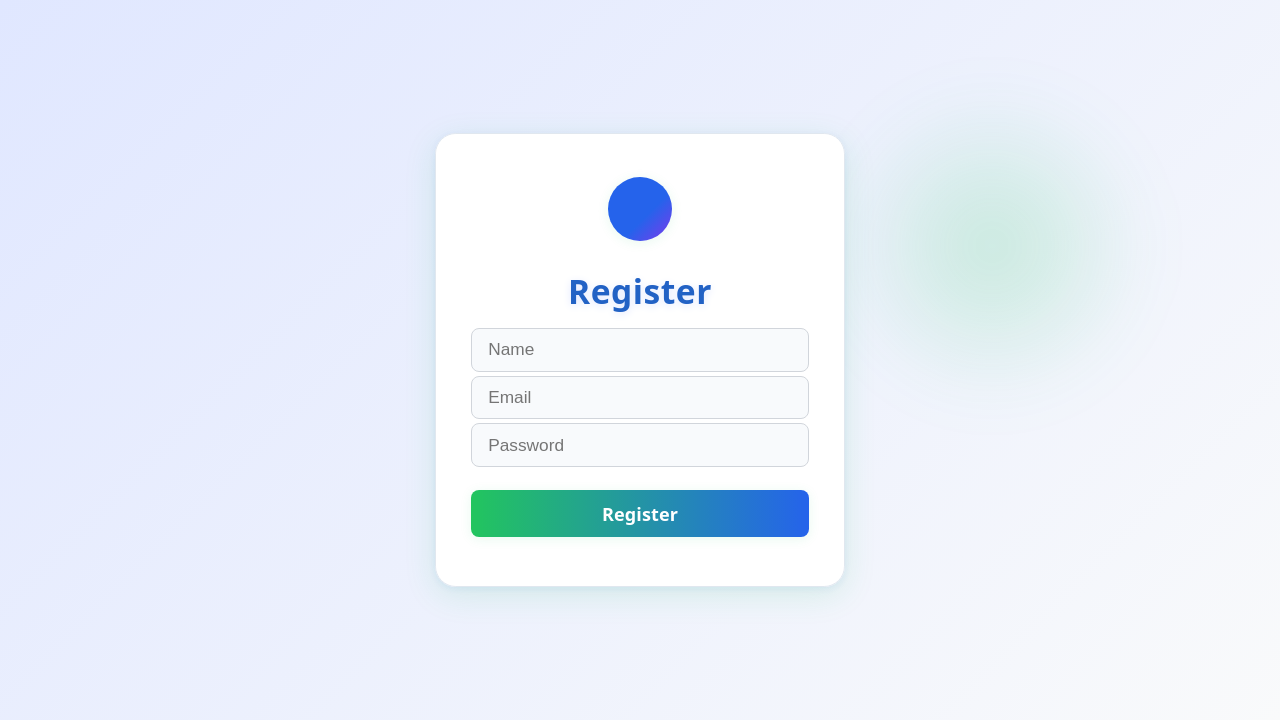
Repository: him021204/Task-Manager
Page: /register (app in client/)
An editor plug-in stored every save of this project. The page is shown before and after the next save, followed by the edit.
The browser window is 1280 px wide. The pictures show the whole page.
The page's requests for data from a server got no answer. The project was rebuilt for these pictures with package versions that can differ from the ones it lists, and the page was loaded fresh each time. No one was signed in, and anything a server would have sent is missing. Also part of the build but not shown: client/vite.config.js, client/src/pages/Dashboard.css, client/src/pages/Dashboard.jsx, client/src/pages/Login.css, client/src/pages/Login.jsx, client/src/pages/Analytics.css, client/src/pages/Analytics.jsx, client/src/pages/CalendarView.css and 1 more.

Above is the page before, as saved 2025-06-19 20:02:26.

After the next save:
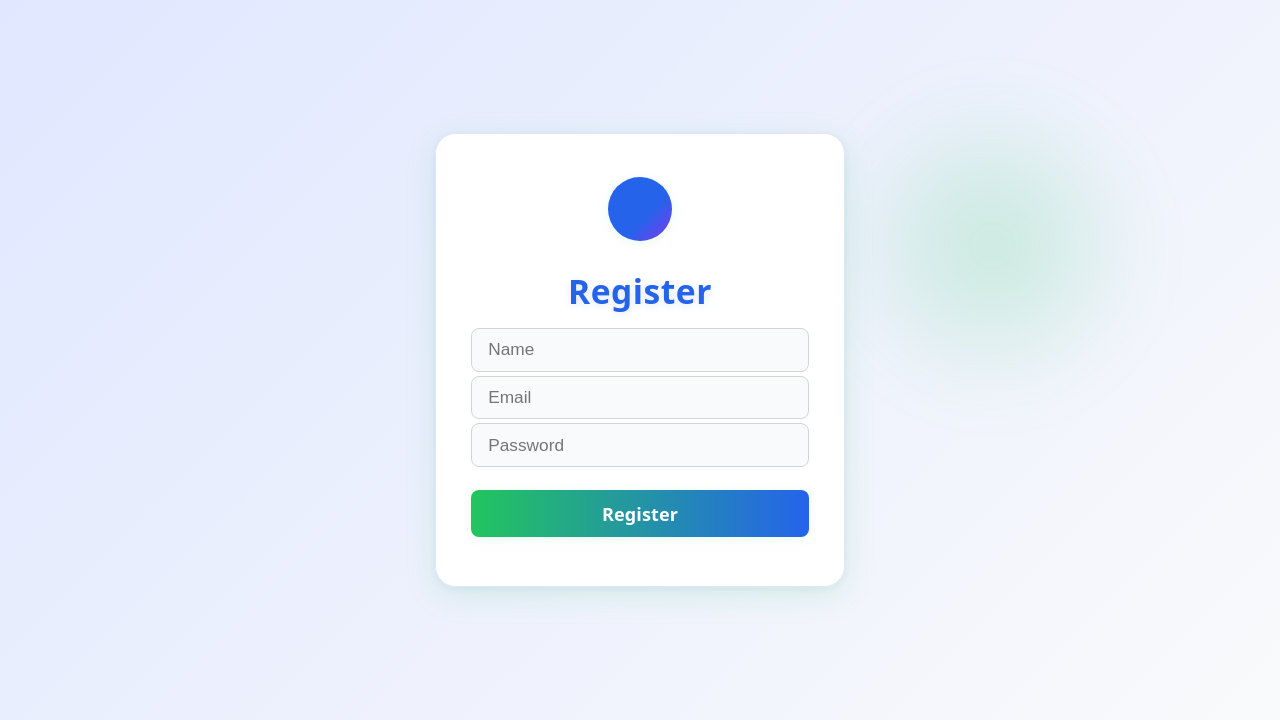
Saved 16 s later.
--- a/client/src/pages/Register.css
+++ b/client/src/pages/Register.css
@@ -66,7 +66,7 @@
   text-align: center;
   font-size: 2.1rem;
   font-weight: 900;
-  color: #2262c5;
+  color: #2563eb;
   letter-spacing: 0.5px;
   margin-bottom: 0.7rem;
   text-shadow: 0 2px 8px #e0e7ff;
